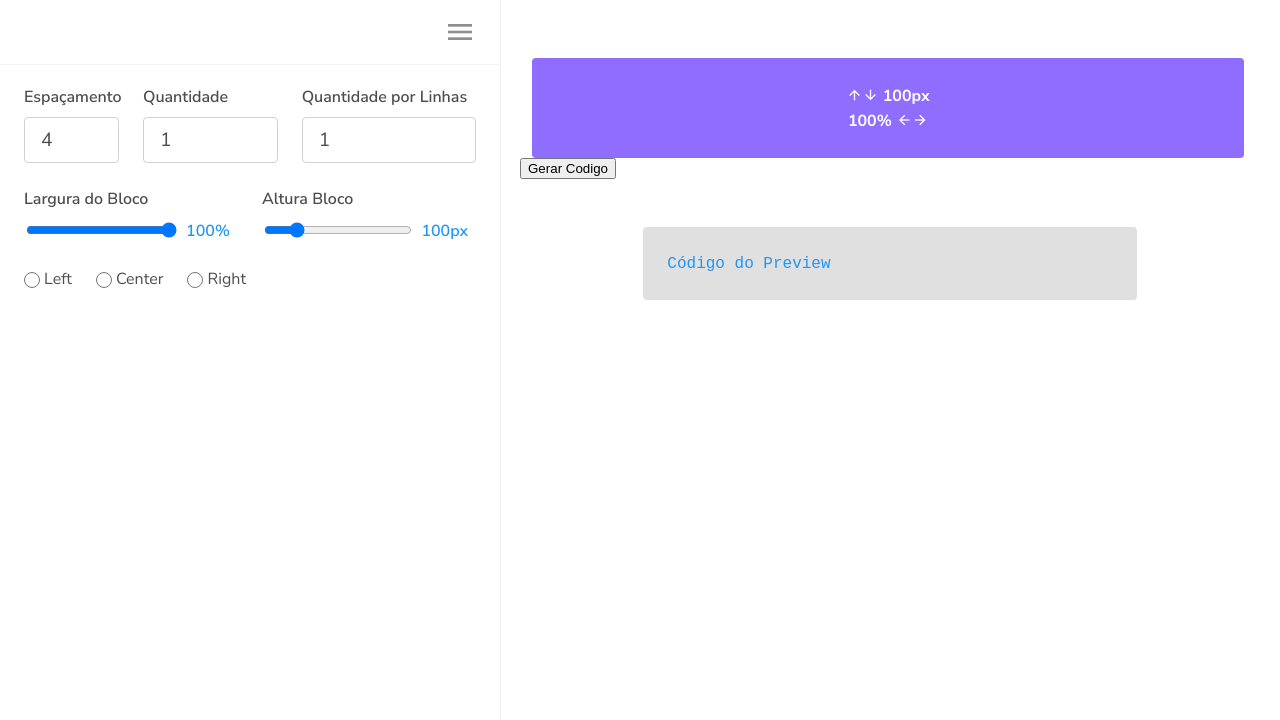
Repository: Flintdl/lowcode-elements
Page: /
The author's editor kept a copy of each file at every save. The page is drawn from the files as they stood at one save, then again after the next save.
The browser window is 1280 px wide. The pictures show the whole page.
The project was rebuilt for these pictures with package versions that can differ from the ones it lists, and the page was loaded fresh each time. Also part of the build but not shown: vue.config.js.

Above is the page before, as saved 2022-04-05 09:30:58.

After the next save:
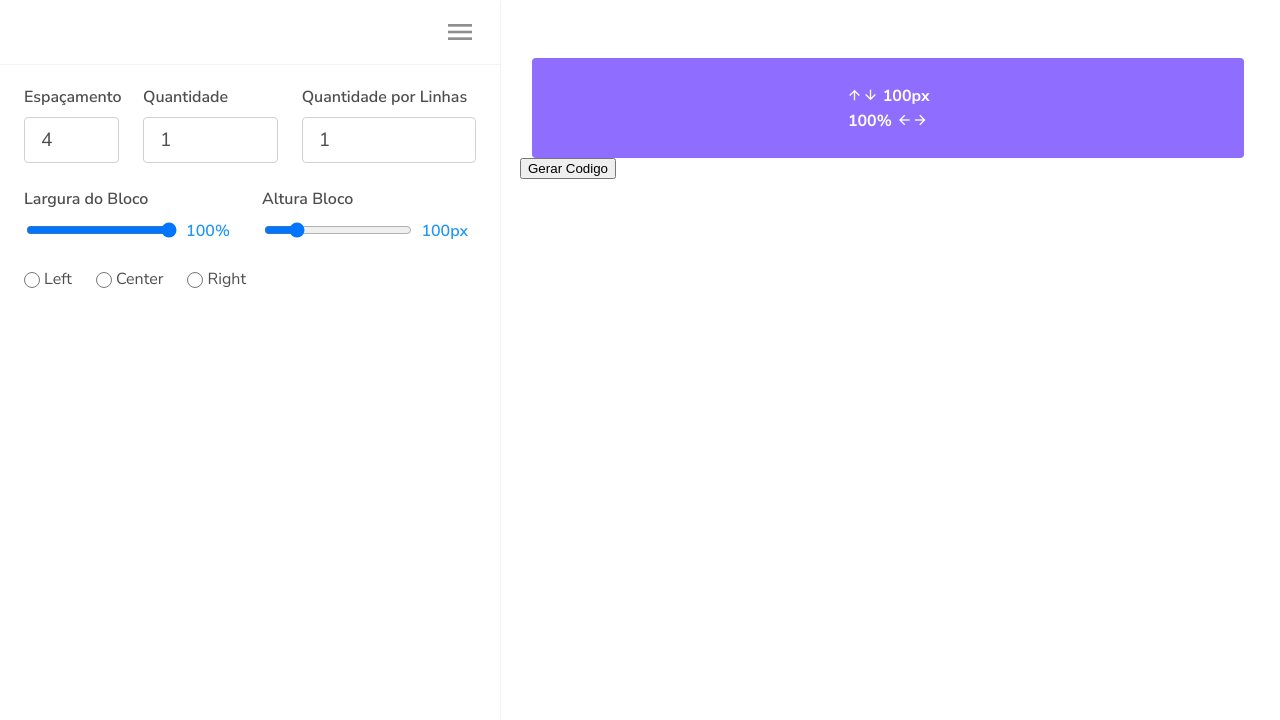
Saved 14 s later.
--- a/src/views/HomeView.vue
+++ b/src/views/HomeView.vue
@@ -35,7 +35,7 @@
       </div>
       <button @click="gerarCodigo">Gerar Codigo</button>
     </div>
-    <div class="sf-row">
+    <div class="sf-row" v-if="htmlPreviewCode">
       <div
         class="sf-col-8 sf-mx-auto sf-mt-5 sf-code-content sf-p-4 sf-border-radius sf-bg-code"
       >
